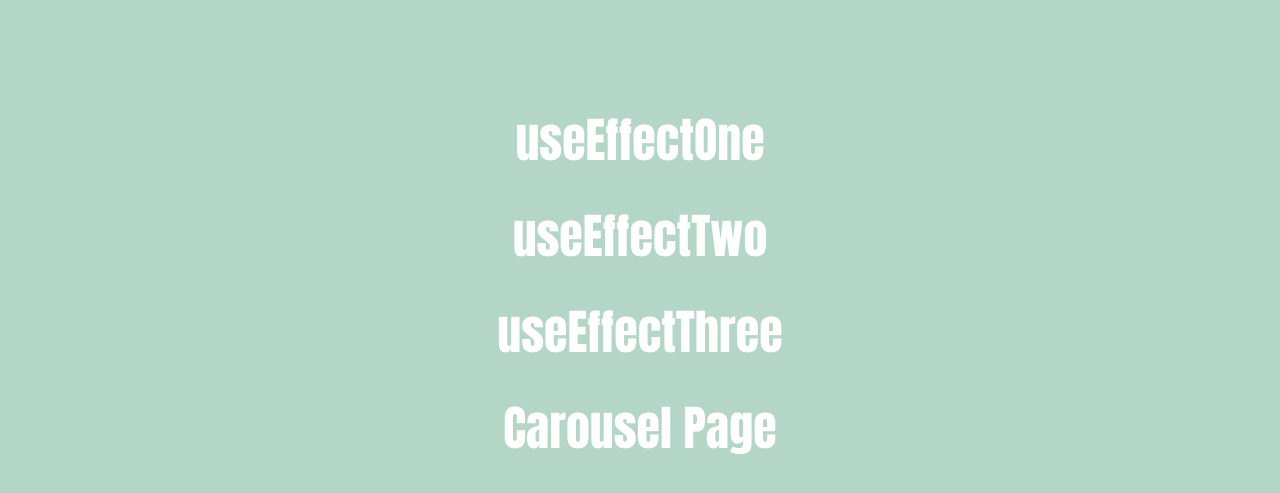
Repository: jennydmcm/useeffect-carousel
Page: /
These files come from the project's save history. The page is drawn as it stood at one moment and after the next save; the edit follows.
The browser window is 1280 px wide. The pictures show the whole page.
The project was rebuilt for these pictures with package versions that can differ from the ones it lists, and the page was loaded fresh each time. The framework's server and built-in components were replaced by stand-ins that run in the browser. Also part of the build but not shown: next.config.js.

Above is the page before, as saved 2023-02-23 18:51:04.

### pages/index.js
import Head from 'next/head'
import styles from '@/styles/Home.module.css'
import Link from 'next/link'

export default function Home() {
  return (
    <>
      <Head>
        <title>Create Next App</title>
        <meta name="description" content="Generated by create next app" />
        <meta name="viewport" content="width=device-width, initial-scale=1" />
        <link rel="icon" href="/favicon.ico" />
      </Head>
      <main className={styles.main}>
        <Link className={styles.link} href="/useEffectOne">useEffectOne</Link>
        <Link className={styles.link} href="/useEffectTwo">useEffectTwo</Link>
        <Link className={styles.link} href="/useEffectThree">useEffectThree</Link>
        <Link className={styles.link} href="/carouselPage">Carousel Page</Link>
      </main>
    </>
  )
}

### styles/globals.css
:root {
    --background-color: #B4D6C7;
    --text-hover: #636363;
}

body {
    background-color: var(--background-color);
}

### styles/Home.module.css
.main {
  display: flex;
  flex-direction: column;
  justify-content: space-between;
  align-items: center;
  padding: 6rem;
  min-height: 50vh;
}

.link {
  font-family: Impact, Haettenschweiler, 'Arial Narrow Bold', sans-serif;
  font-size: 3rem;
  font-weight: lighter;
  color: white;
  text-decoration: none;
}

.link:hover {
  color: var(--text-hover)
}

Loaded but not shown: pages/_app.js (common file); pages/_document.js (common file)

After the next save:
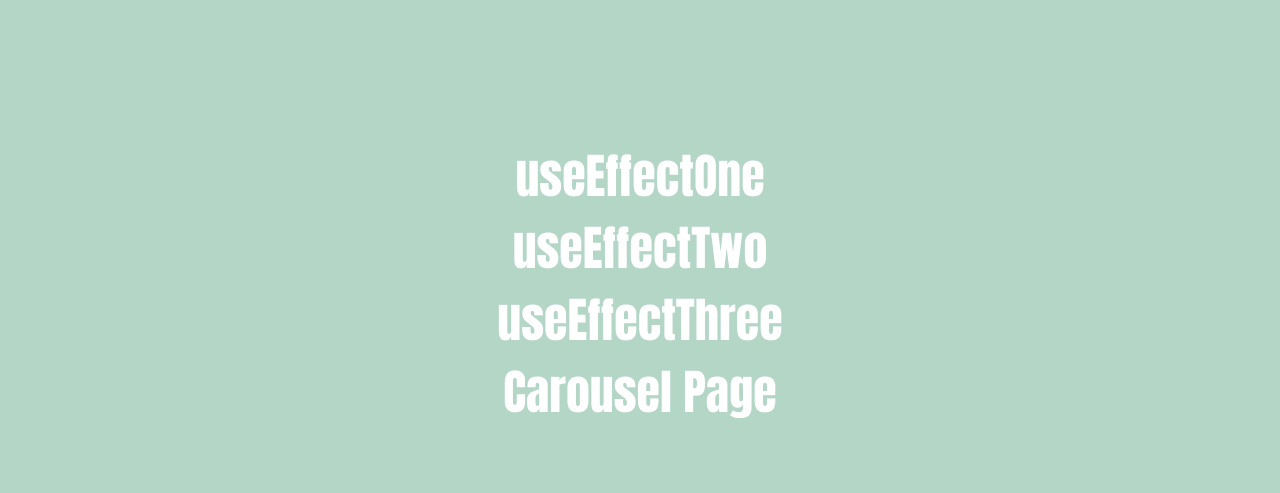
Saved 13 s later.
--- a/styles/Home.module.css
+++ b/styles/Home.module.css
@@ -1,7 +1,7 @@
 .main {
   display: flex;
   flex-direction: column;
-  justify-content: space-between;
+  justify-content: center;
   align-items: center;
   padding: 6rem;
   min-height: 50vh;
